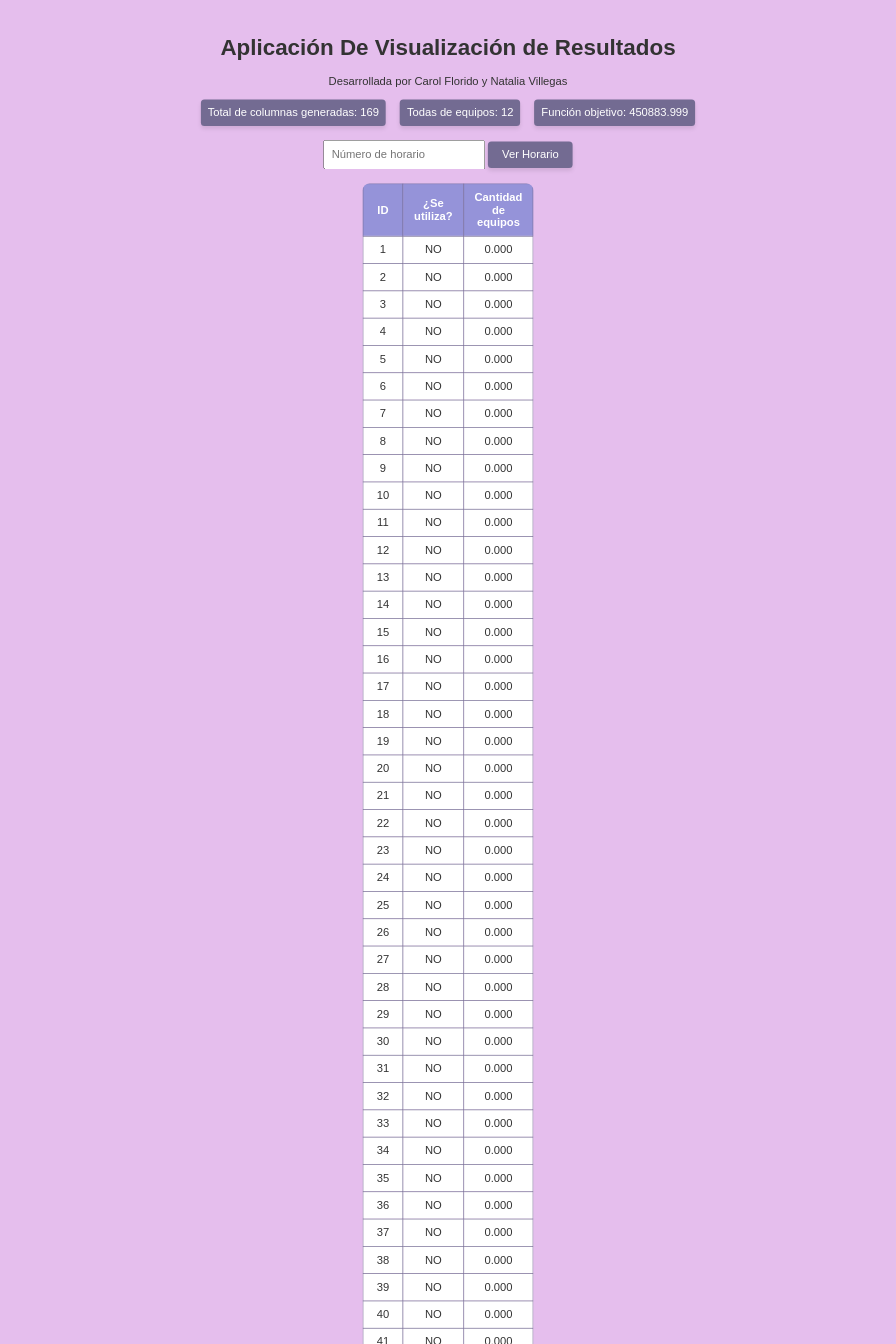
Repository: cflorido/Front_T3
Page: index.html
An editor plug-in stored every save of this project. The page is shown before and after the next save, followed by the edit.
The browser window is 1280 px wide. The pictures show the part of the page from y = 0 to 1920 px (the page is 7027 px tall before and 7120 px after), at 70% of full size.

Above is the page before, as saved 2024-10-22 23:04:57.

After the next save:
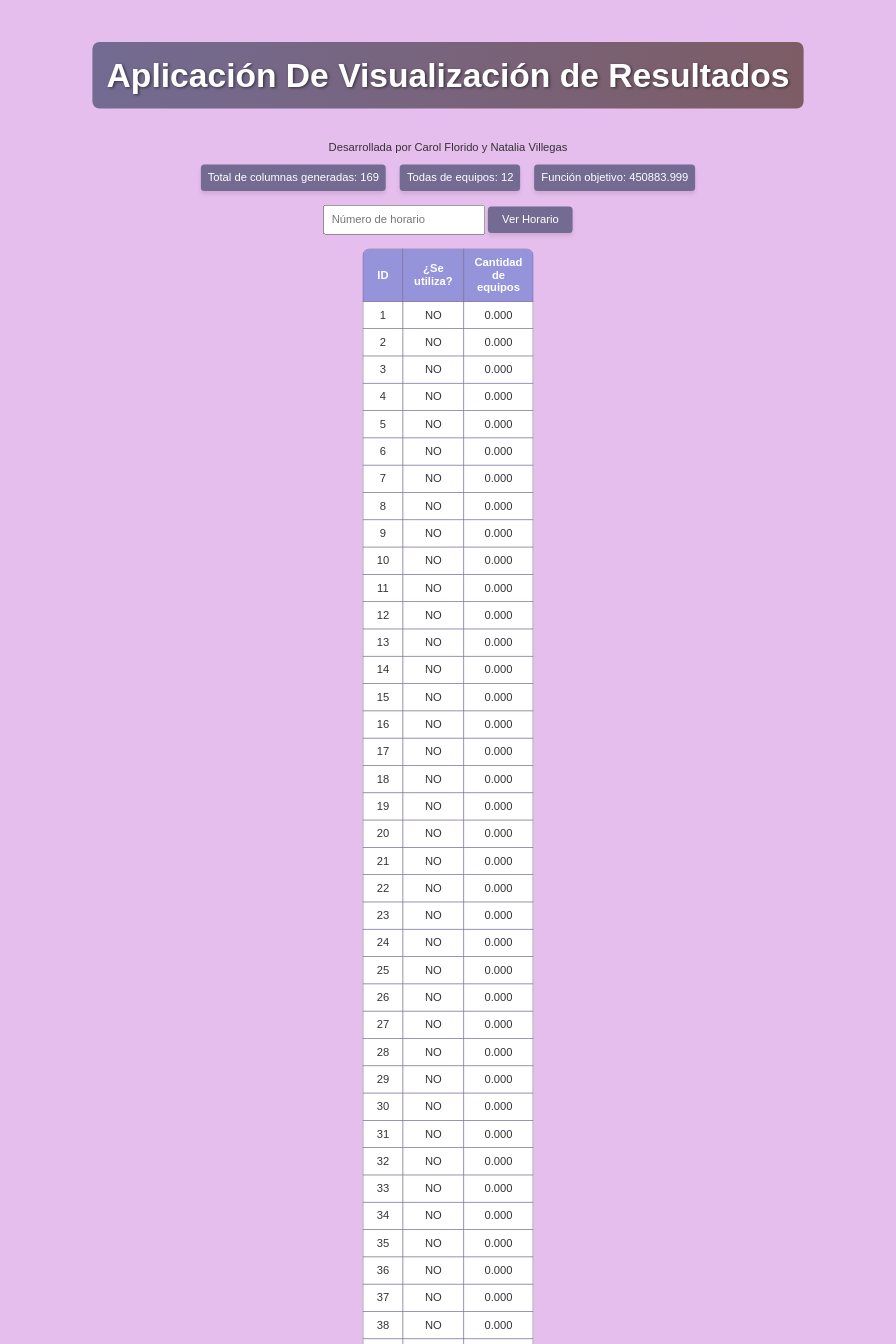
Saved 70 s later.
--- a/index.html
+++ b/index.html
@@ -101,10 +101,29 @@
             border-radius: 5px;
             box-shadow: 0 4px 6px rgba(0, 0, 0, 0.1);
         }
+        .titulo {
+        font-size: 3em; /* Tamaño del texto */
+        font-weight: bold; /* Negrita */
+        color: #fff; /* Color del texto */
+        text-shadow: 2px 2px 4px rgba(0, 0, 0, 0.5); /* Sombra del texto */
+        background: linear-gradient(90deg, #736B92, #7D5C65); /* Degradado de fondo */
+        padding: 20px; /* Espaciado interno */
+        border-radius: 10px; /* Bordes redondeados */
+        display: inline-block; /* Permite aplicar padding */
+        margin-bottom: 30px; /* Espacio debajo del título */
+        text-align: center; /* Centrar texto */
+        transition: transform 0.3s; /* Transición suave */
+        }
+
+        .titulo:hover {
+            transform: scale(1.05); /* Efecto de aumento al pasar el ratón */
+        }
+
     </style>
 </head>
 <body>
-    <h1>Aplicación De Visualización de Resultados</h1>
+    <h1 class="titulo">Aplicación De Visualización de Resultados</h1>
+
     <p>Desarrollada por Carol Florido y Natalia Villegas</p>
 
     <div class="info-container">
